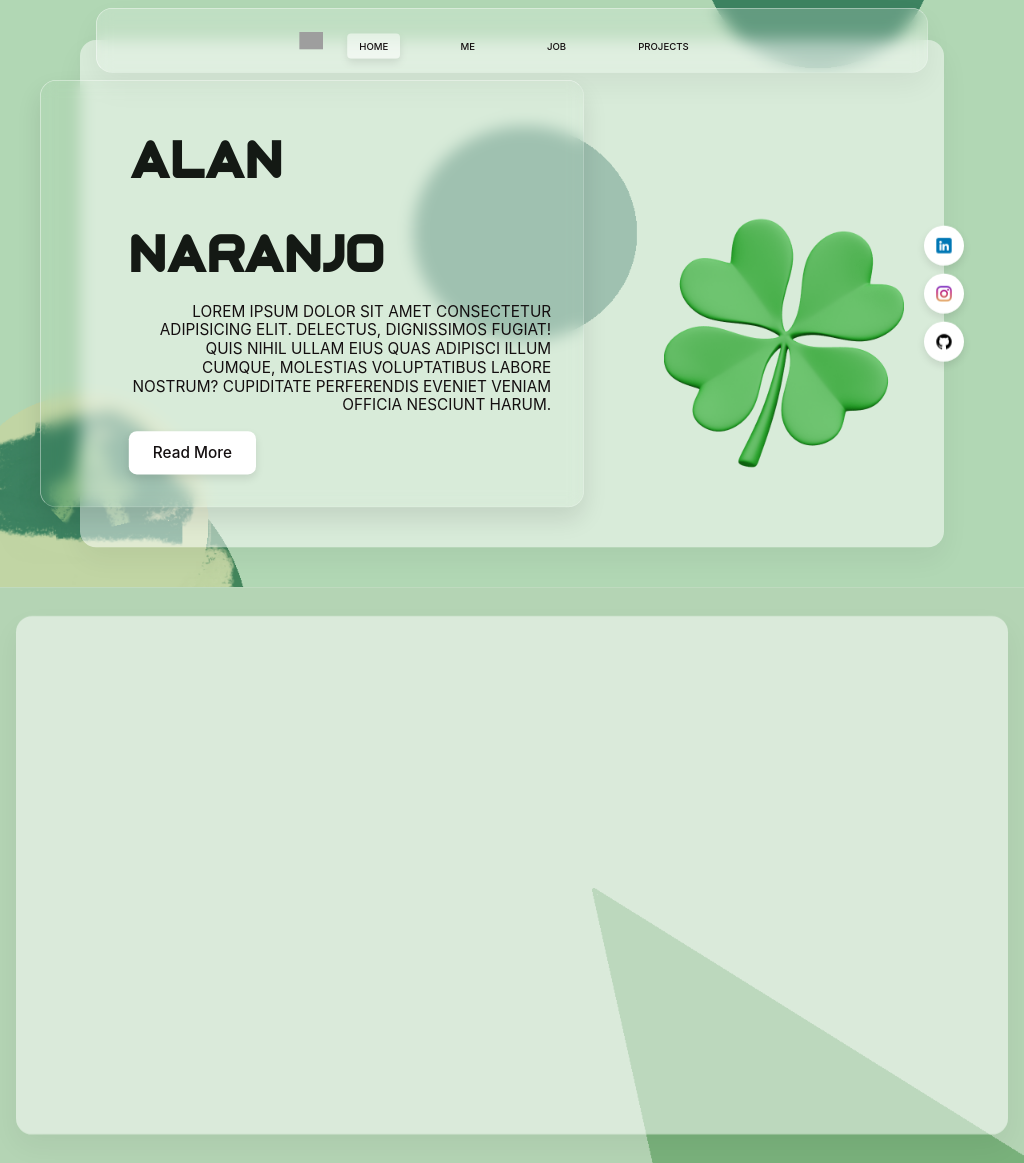
Repository: L-A-M-J-O/Me-sitio-Web
Page: / (app in my-project/)
The author's editor kept a copy of each file at every save. The page is drawn from the files as they stood at one save, then again after the next save.
The browser window is 1280 px wide. The pictures show the whole page, at 80% of full size.
Pictures or frames that could not be fetched are drawn as grey boxes. Backgrounds fixed to the window are drawn as part of the page. The project was rebuilt for these pictures with package versions that can differ from the ones it lists, and the page was loaded fresh each time.

Above is the page before, as saved 2022-09-20 16:06:17.

### my-project/src/App.jsx
import './App.css';
import Me from './components/Me/Me';

import Navbar from './components/Navbar/Navbar'


function App() {
  return (
    <>
      <Navbar/>
      <Me/>
    </>


  );
}

export default App;

### my-project/src/App.css
 * {
    margin: 0;
    padding: 0;
    box-sizing: border-box;
 }

### my-project/src/components/Me/Me.jsx
import React from 'react'

import '../Me/Me.css'

import {Link } from 'react-scroll'

function Me() {
  return (
    <div className='section-me' id='me'>
      <div className='container-m-me'>
        <div className='row justify-content-end'>
          <div className='col-12'>

          </div>
        </div>
      </div>
    </div>
  )
}

export default Me

### my-project/src/components/Navbar/Navbar.jsx
import React from 'react'

import {Link} from 'react-scroll'

import logotipo from '../../assets/img/logotipo.png'
import icon from '../../assets/img/icon.png'
import instagram from '../../assets/img/instagram.png'
import linkedin from '../../assets/img/linkedin.png'
import github from '../../assets/img/github.png'

import '../Navbar/Navbar.css'


function Navbar() {
  return (
    <section id='nav'>
      <div className='container-m'>
        <header>
          <Link to='nav' className='logo'><img src={ icon} alt='icon' width={30}/></Link>
          <ul>
            <li><Link to='nav' className='active'>Home</Link></li>
            <li><Link to='me' href='#' className=''>Me</Link></li>
            <li><Link href='#' className=''>Job</Link></li>
            <li><Link href='#' className=''>Projects</Link></li>
          </ul>
        </header>
        <div className='content'>
          <h2>Alan Naranjo</h2>
          <p>Lorem ipsum dolor sit amet consectetur adipisicing elit. Delectus, dignissimos fugiat! Quis nihil ullam eius quas adipisci illum cumque, molestias voluptatibus labore nostrum? Cupiditate perferendis eveniet veniam officia nesciunt harum.</p>
          <Link href='#'>Read More</Link>
        </div>
        <div className='img-icon'>
          <img src={ logotipo } alt='logotipo'/>
        </div>
        <ul className='sci'>
          <li><Link href='#'><img src={linkedin} alt='linkedin'/></Link></li>
          <li><Link href='#'><img src={instagram} alt='instagram'/></Link></li>
          <li><Link href='#'><img src={github} alt='github'/></Link></li>
        </ul>
      </div>
    </section>
  )
}

export default Navbar

### my-project/src/components/Me/Me.css
.section-me {
    display: flex;
    justify-content: center;
    align-items: center;
    min-height: 100vh;
    background-image: url(../../assets/img/banner1.png);
    background-position: center;
    background-attachment: fixed;
    padding: 20px;
}
.container-m-me {
    position: relative;
    width: 100%;
    height: 90vh;
    background-color: rgba(255, 255, 255, 0.5);
    box-shadow:  0 15px 35px rgba(0, 0, 0, 0.05);
    border-radius: 20px;
    display: flex;
    justify-content: space-between;
    align-items: center;
    padding: 50px;
}

.content-me {
    transform: translateX(-100px);
    max-width: 700px;
    box-shadow:  0 15px 30px rgba(0, 0, 0, 0.1);
    border-radius: 20px;
    backdrop-filter: blur(10px);
    border: 1px solid rgba(255, 255, 255, 0.25);
    border-top: 1px solid rgba(255, 255, 255, 0.5);
    border-left: 1px solid rgba(255, 255, 255, 0.5);
    padding: 40px;
    padding-left: 110px;
}
.content-me h2 {
    font-family: Osiris;
    font-size: 4rem;
    line-height: 1.85;
    text-transform: lowercase;
    margin: 0;
    color: #141914;
}
.content p {
    text-align: end;
    border: var(--default-border-width) solid var(--default-border-color);
    border-radius: var(--default-border-radius);
    text-transform: uppercase;
    font-weight: 400;
    font-size: max(12px,.9375vw);
    line-height: 1.2222222222;
    transition: background-color .15s ease-in-out;
    -webkit-appearance: none;
    appearance: none;
    font-size: 1.2em;
    color: #140f10;
}
.content a {
    display: inline-block;
    padding: 15px 30px;
    background: #fff;
    color: #140f10;
    margin-top: 20px;
    border-radius: 10px;
    font-size: 1.2em;
    font-weight: 500;
    text-decoration: none;
    box-shadow:  0 5px 10px rgba(0, 0, 0, 0.1);
}

### my-project/src/components/Navbar/Navbar.css
@font-face {
    font-family: Osiris;
    src: url(../../assets//img/Osiris.otf);
}

section {
    display: flex;
    justify-content: center;
    align-items: center;
    min-height: 100vh;
    background-image: url(../../assets/img/banner.png);
    background-position: center;
    background-attachment: fixed;
    padding: 50px;
}
.container-m{
    position: relative;
    width: calc(100% - 100px);
    height: 88vh;
    background-color: rgba(255, 255, 255, 0.5);
    box-shadow:  0 15px 35px rgba(0, 0, 0, 0.05);
    border-radius: 20px;
    display: flex;
    justify-content: space-between;
    align-items: center;
    padding: 50px;
}
header {
    position: absolute;
    top: -40px;
    right: 20px;
    left: 20px;
    padding: 20px 50px;
    display: flex;
    justify-content: center;
    align-items: baseline;
    background: rgba(255, 255, 255, 0.2);
    box-shadow:  0 15px 35px rgba(0, 0, 0, 0.05);
    border-radius: 20px;
    backdrop-filter: blur(10px);
    border: 1px solid rgba(255, 255, 255, 0.25);
    border-top: 1px solid rgba(255, 255, 255, 0.5);
    border-left: 1px solid rgba(255, 255, 255, 0.5);
}

header .logo {
    color: #140f10;
    font-weight: 700;
    text-decoration: none;
    font-size: 2rem;
}
header ul {
    display: flex;
}
header ul li {
    list-style: none;
    margin:  0 30px;
}
header ul li a {
    border: var(--default-border-width) solid var(--default-border-color);
    border-radius: var(--default-border-radius);
    text-transform: uppercase;
    font-weight: 500;
    font-size: max(12px,.9375vw);
    padding: 0 1.3333em;
    height: 2.5555em;
    line-height: 1.2222222222;
    transition: background-color .15s ease-in-out;
    -webkit-appearance: none;
    appearance: none;
    text-decoration: none;
    color: #140f10;
    padding: 8px 15px;
    border-radius: 25px;
    cursor: pointer;
}
header ul li a:hover,
header ul li a.active {
    border-radius: 5px;
    background-color: #ffffff81;
    color: #140f10;
    box-shadow: 0 5px 10px rgba(0, 0, 0, 0.1);
}

.content {
    transform: translateX(-100px);
    max-width: 700px;
    box-shadow:  0 15px 30px rgba(0, 0, 0, 0.1);
    border-radius: 20px;
    backdrop-filter: blur(10px);
    border: 1px solid rgba(255, 255, 255, 0.25);
    border-top: 1px solid rgba(255, 255, 255, 0.5);
    border-left: 1px solid rgba(255, 255, 255, 0.5);
    padding: 40px;
    padding-left: 110px;
}
.content h2 {
    font-family: Osiris;
    font-size: 4rem;
    line-height: 1.85;
    text-transform: lowercase;
    margin: 0;
    color: #141914;
}
.content p {
    text-align: end;
    border: var(--default-border-width) solid var(--default-border-color);
    border-radius: var(--default-border-radius);
    text-transform: uppercase;
    font-weight: 400;
    font-size: max(12px,.9375vw);
    line-height: 1.2222222222;
    transition: background-color .15s ease-in-out;
    -webkit-appearance: none;
    appearance: none;
    font-size: 1.2em;
    color: #140f10;
}
.content a {
    display: inline-block;
    padding: 15px 30px;
    background: #fff;
    color: #140f10;
    margin-top: 20px;
    border-radius: 10px;
    font-size: 1.2em;
    font-weight: 500;
    text-decoration: none;
    box-shadow:  0 5px 10px rgba(0, 0, 0, 0.1);
}
.img-icon img {
    max-width: 400px;
    animation: animate 5s linear infinite;
}
@keyframes animate {
    0%,100%{
        transform: translateY(50px);
    }
    50% {
        transform: translateY(100px);
    }
}
.sci {
    position: absolute;
    right: -25px;
    display: flex;
    justify-content: center;
    align-items: center;
    flex-direction: column;
}
.sci li {
    list-style: none;
}
.sci li a {
    text-decoration: none;
    width: 50px;
    height: 50px;
    background: #fff;
    display: flex;
    justify-content: center;
    align-items: center;
    border-radius: 50%;
    margin: 5px 0;
    box-shadow: 0 5px 10px rgba(0, 0, 0, 0.1);
}
.sci li a img {
    transform: scale(0.6);
    transition: 0.5s;
}
sci li:hover a img {
    transform: scale(0.6) rotate(360deg);
}

Loaded but not shown: my-project/src/index.js (common file); my-project/src/index.css (common file); my-project/src/reportWebVitals.js (common file)

After the next save:
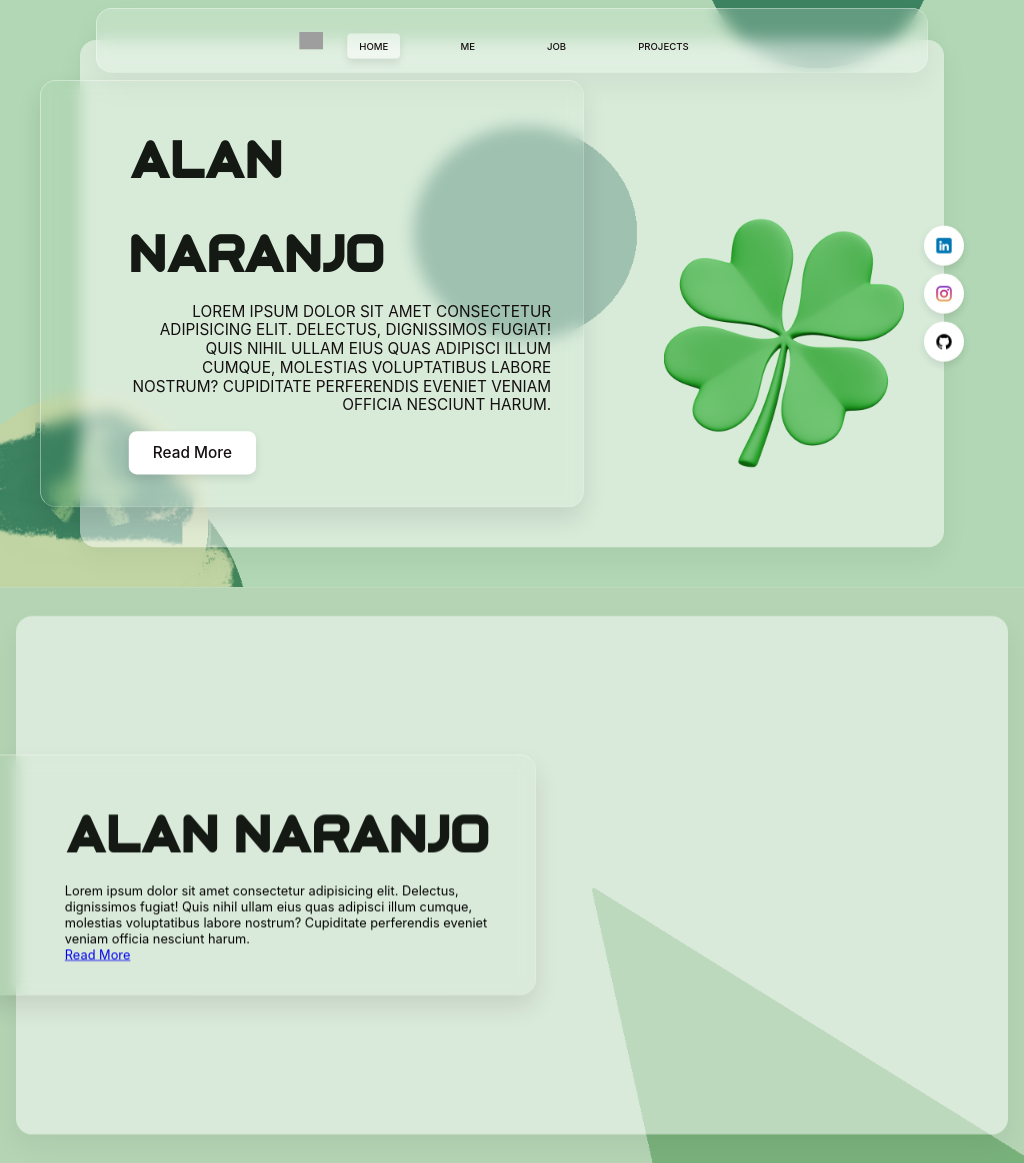
Saved 8 s later.
--- a/my-project/src/components/Me/Me.jsx
+++ b/my-project/src/components/Me/Me.jsx
@@ -10,7 +10,11 @@ function Me() {
       <div className='container-m-me'>
         <div className='row justify-content-end'>
           <div className='col-12'>
-
+            <div className='content-me'>
+            <h2>Alan Naranjo</h2>
+            <p>Lorem ipsum dolor sit amet consectetur adipisicing elit. Delectus, dignissimos fugiat! Quis nihil ullam eius quas adipisci illum cumque, molestias voluptatibus labore nostrum? Cupiditate perferendis eveniet veniam officia nesciunt harum.</p>
+            <Link href='#'>Read More</Link>
+          </div>
           </div>
         </div>
       </div>
